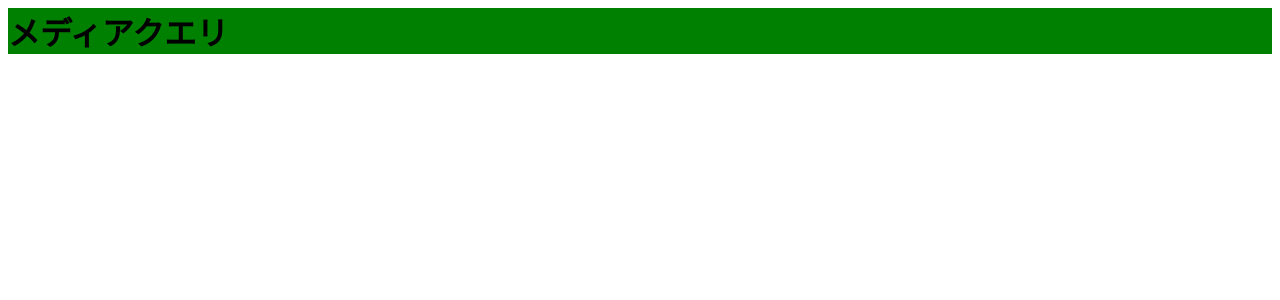
Repository: iwamani/samurai_HTML-CSS
Page: responsive.html
The author's editor kept a record of every edit. The page is drawn from the files as they stood at one moment, then again after the next edit.
The browser window is 1280 px wide. The pictures show the whole page.

Above is the page before.

### responsive.html
<!--レスポンシブデザイン-->

<!--ブレイクポイント
    CSSなどの設定をスマホ・ＰＣで切り分ける際の画面サイズのこと
-->



<html lang="ja">
    <head>
        <meta name="viewport" content="width=device-width, initial-scale=1">
        <style>
            .media {
                background-color: blue;
            }

            @media screen and (min-width:480px) {
                .media {
                    background-color: red;
                }
            }

            @media screen and (min-width:640px) {
                .media {
                    background-color: green;
                }
            }
        </style>
    </head>
    <body>
        <div class="media">
            <h1>メディアクエリ</h1>
        </div>
    </body>
</html>

After the next edit:
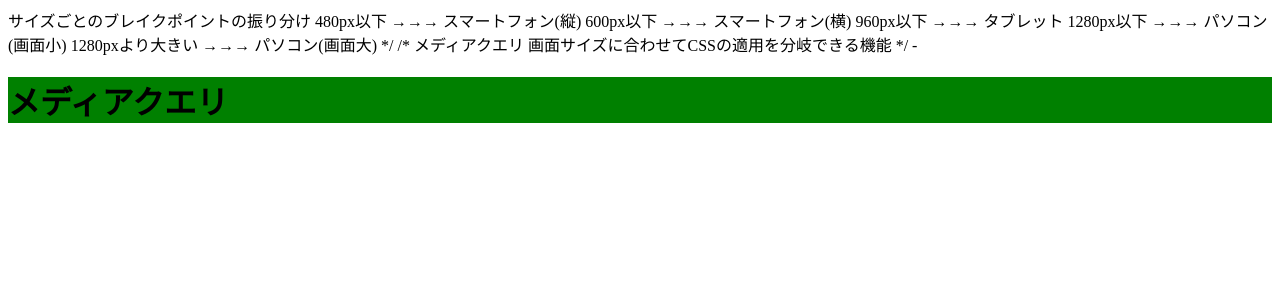
The edit:
--- a/responsive.html
+++ b/responsive.html
@@ -4,8 +4,27 @@
     CSSなどの設定をスマホ・ＰＣで切り分ける際の画面サイズのこと
 -->
 
+<!---->
+サイズごとのブレイクポイントの振り分け
+
+480px以下 →→→ スマートフォン(縦)
+600px以下 →→→ スマートフォン(横)
+960px以下 →→→ タブレット
+1280px以下 →→→ パソコン(画面小)
+1280pxより大きい →→→ パソコン(画面大)
+
+*/
+
+/*
+メディアクエリ
+    画面サイズに合わせてCSSの適用を分岐できる機能
+*/
 
 
+
+
+
+-
 <html lang="ja">
     <head>
         <meta name="viewport" content="width=device-width, initial-scale=1">
